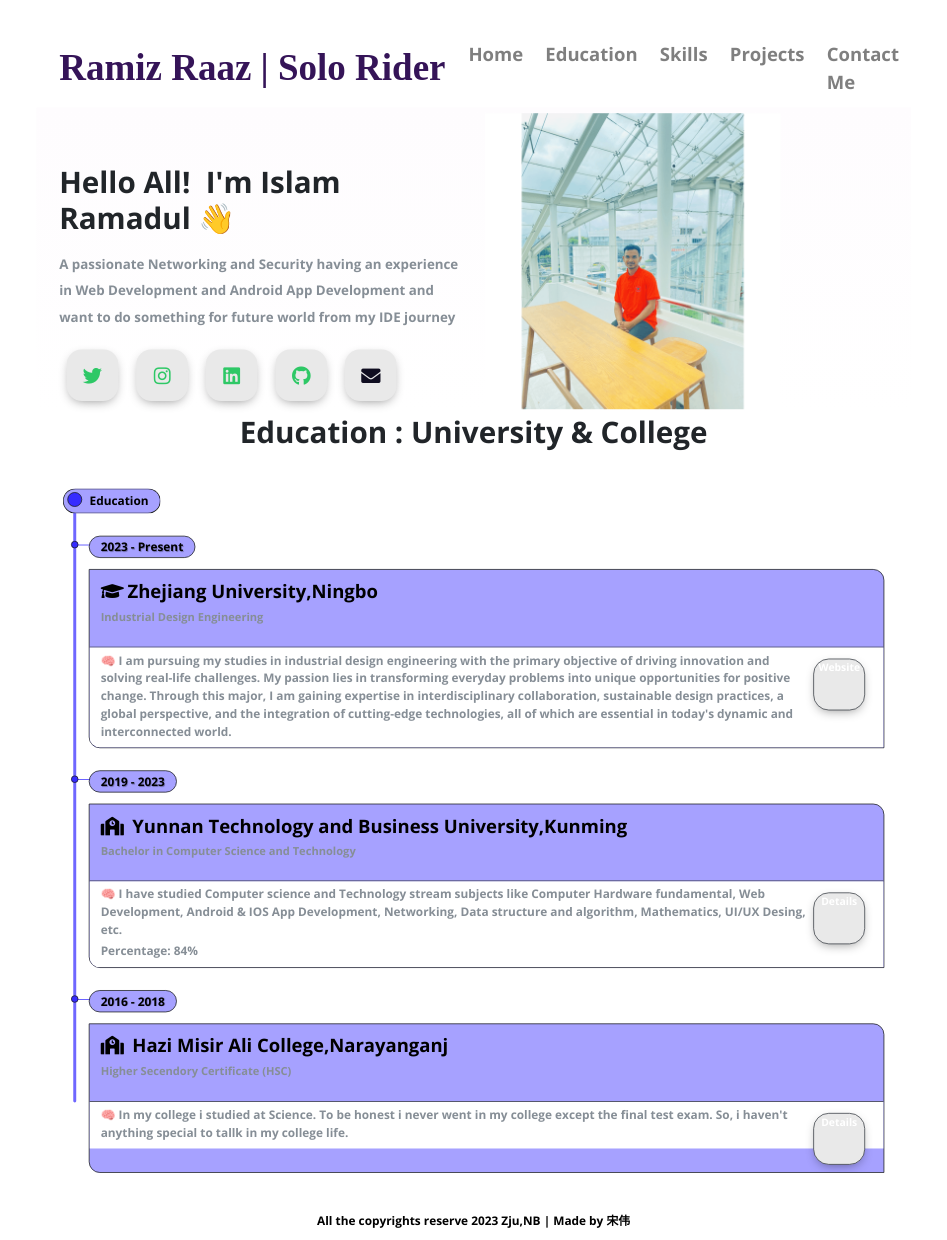
Repository: ramizraaz/ZjuProtfolio
Page: index.html
An editor plug-in stored every save of this project. The page is shown before and after the next save, followed by the edit.
The browser window is 1280 px wide. The pictures show the whole page, at 74% of full size.
Some web fonts or font styles are not loaded; a fallback is used. Some web libraries are served in a nearby version.

Above is the page before, as saved 2023-10-08 17:37:13.

### index.html
<!DOCTYPE html>
<html lang="en" dir="ltr">

<head>
    <meta charset="utf-8">
    <meta name="viewport" content="width=device-width,initial-scale=1">
    <title>宋伟's Profile | Personal website</title>
    <link rel="icon" href="Image/RR.png">
    <link rel="stylesheet" href="https://stackpath.bootstrapcdn.com/bootstrap/4.5.0/css/bootstrap.min.css" integrity="sha384-9aIt2nRpC12Uk9gS9baDl411NQApFmC26EwAOH8WgZl5MYYxFfc+NcPb1dKGj7Sk" crossorigin="anonymous">
    <link rel="stylesheet" href="style.css">
    <link href="https://fonts.googleapis.com/css2?family=Arizonia&family=Montserrat:wght@400;800&display=swap" rel="stylesheet">
    <link href="https://fonts.googleapis.com/css2?family=Open+Sans:wght@700&display=swap" rel="stylesheet">
    <link rel="stylesheet" href="https://use.fontawesome.com/releases/v5.4.1/css/all.css" />
    <link rel="stylesheet" href="https://cdnjs.cloudflare.com/ajax/libs/font-awesome/5.13.1/css/all.min.css">
    <script src="https://code.jquery.com/jquery-3.5.1.slim.min.js" integrity="sha384-DfXdz2htPH0lsSSs5nCTpuj/zy4C+OGpamoFVy38MVBnE+IbbVYUew+OrCXaRkfj" crossorigin="anonymous"></script>
    <script src="https://cdn.jsdelivr.net/npm/popper.js@1.16.0/dist/umd/popper.min.js" integrity="sha384-Q6E9RHvbIyZFJoft+2mJbHaEWldlvI9IOYy5n3zV9zzTtmI3UksdQRVvoxMfooAo" crossorigin="anonymous"></script>
    <script src="https://stackpath.bootstrapcdn.com/bootstrap/4.5.0/js/bootstrap.min.js" integrity="sha384-OgVRvuATP1z7JjHLkuOU7Xw704+h835Lr+6QL9UvYjZE3Ipu6Tp75j7Bh/kR0JKI" crossorigin="anonymous"></script>
</head>

<body class="container-fluid body_section">
    <header>
        <nav class="navbar navbar-expand-lg navbar-light ">
            <a class="navbar-brand brand-name" href="#">Ramiz Raaz | Solo Rider</a>
            <button class="navbar-toggler" type="button" data-toggle="collapse" data-target="#navbarSupportedContent" aria-controls="navbarSupportedContent" aria-expanded="false" aria-label="Toggle navigation">
                  <span class="navbar-toggler-icon"></span>
                </button>
            <div class="collapse navbar-collapse" id="navbarSupportedContent">
                <ul class="navbar-nav ml-auto">
                    <li class="nav-item">
                        <a class="nav-link headerachor" href="index.html">Home</a>
                    </li>

                    <li class="nav-item">
                        <a class="nav-link headerachor" href="">Education</a>
                    </li>
                    <li class="nav-item">
                        <a class="nav-link headerachor" href="">Skills</a>
                    </li>
                    <li class="nav-item">
                        <a class="nav-link headerachor" href="">Projects</a>
                    </li>
                    <li class="nav-item">
                        <a class="nav-link headerachor" href="">Contact Me</a>
                    </li>
                </ul>
        </nav>
    </header>
    <!-- Intro Section -->
    <section id="Home">
        <div class="row column1">
            <div class="col-lg-6 col-md-6 first-image">
                <img class="boyimage" src="img/me.gif" alt="">
            </div>
            <div class="col-lg-6 section-1">
                <h1 class="Hello">Hello All!&nbsp&nbspI'm Islam Ramadul <span class="wave">👋</span></h1>
                <p>A passionate Networking and Security having an experience in Web Development and Android App Development and want to do something for future world from my IDE journey</p>
                <div class=social_media_icon>
                    <a class="btn" href="https://twitter.com/ramiz_raaz" target=_blank>
                        <i class="fab fa-twitter"></i>
                    </a>
                    <a class="btn" href="https://www.instagram.com/ramiz_raaz/" target=_blank>
                        <i class="fab fa-instagram"></i>
                    </a>
                    <a class="btn" href="https://www.linkedin.com/" target=_blank>
                        <i class="fab fa-linkedin" aria-hidden="true"></i>
                    </a>
                    <a class="btn" href="https://github.com/ramizraaz" target=_blank>
                        <i class="fab fa-github"></i>
                    </a>
                    <a class="btn" href="mailto:romiz.romeo.raaz@gmail.com/" target=_blank>
                        <i class="fa fa-envelope"></i>
                    </a>
                </div>
            </div>
    </section>
    <!-- Education Section -->
    <section>
        <div class="container">
            <div class="Heading">
                <h1>Education : University & College</h1>
                <br>
            </div>
            <div class="timeline">
                <div class="timeline-month">
                    Education
                </div>
                <div class="timeline-section">
                    <div class="timeline-date">
                        2023 - Present
                    </div>
                    <div class="row">
                        <div class="col-lg">
                            <div class="timeline-box">
                                <div class="box-title">
                                    <i class="fas fa-graduation-cap" aria-hidden="true"></i>Zhejiang University,Ningbo
                                    <p class="degree">Industrial Design Engineering</p>
                                </div>
                                <div class="box-content">
                                    <a class="btn btn-sm btn-dark float-right" role="button" href="https://www.zju.edu.cn/english/" target=_blank style="color: white;">Website</a>
                                    <div class="box-item">🧠 I am pursuing my studies in industrial design engineering with the primary objective of driving innovation and solving real-life challenges. My passion lies in transforming everyday problems into unique opportunities
                                        for positive change. Through this major, I am gaining expertise in interdisciplinary collaboration, sustainable design practices, a global perspective, and the integration of cutting-edge technologies, all of which
                                        are essential in today's dynamic and interconnected world.</div>
                                </div>
                            </div>
                        </div>
                    </div>
                </div>

                <div class="timeline-section">
                    <div class="timeline-date">
                        2019 - 2023
                    </div>
                    <div class="row">
                        <div class="col-lg">
                            <div class="timeline-box">
                                <div class="box-title">
                                    <i class="fas fa-school" aria-hidden="true"></i> Yunnan Technology and Business University,Kunming
                                    <p class="degree">Bachelor in Computer Science and Technology</p>
                                </div>
                                <div class="box-content">
                                    <a class="btn btn-sm btn-dark float-right" role="button" style="color: white;">Details</a>
                                    <div class="box-item">🧠 I have studied Computer science and Technology stream subjects like Computer Hardware fundamental, Web Development, Android & IOS App Development, Networking, Data structure and algorithm, Mathematics, UI/UX Desing,
                                        etc.
                                    </div>
                                    <div class="box-item"><b>Percentage</b>: 84%</div>

                                </div>
                            </div>
                        </div>
                    </div>
                </div>

                <div class="timeline-section">
                    <div class="timeline-date">
                        2016 - 2018
                    </div>
                    <div class="row">
                        <div class="col-lg">
                            <div class="timeline-box">
                                <div class="box-title">
                                    <i class="fas fa-school" aria-hidden="true"></i> Hazi Misir Ali College,Narayanganj
                                    <p class="degree"> Higher Secendory Certificate (HSC)</p>
                                </div>
                                <div class="box-content">
                                    <a class="btn btn-sm btn-dark float-right" role="button" style="color: white;">Details</a>
                                    <div class="box-item">🧠 In my college i studied at Science. To be honest i never went in my college except the final test exam. So, i haven't anything special to tallk in my college life.</div>
                                    <div class="box-item"><b>

                                </div>
                            </div>
                        </div>
                    </div>
                </div>
            </div>
        </div>
    </section>

    </form>
    <footer class=footer>All the copyrights reserve 2023 Zju,NB | Made by 宋伟</footer>
</body>

</html>

### style.css
body {
    font-family: 'Open Sans', sans-serif;
    margin: 0;
}

.body_section {
    padding: 3% 5% 1%;
}

p {
    font-size: 18px;
}

a {
    text-decoration: none;
}

@font-face {
    font-family: "Lovely Home";
    src: local('Lovely Home'), url("Image/LovelyHome-9aBZ.ttf") format('truetype');
}

.brand-name,
.navbar-light .navbar-brand {
    font-family: "Lovely Home";
    font-size: 50px;
    font-weight: bold;
    color: #075786;
}

.headerachor {
    color: black;
    margin: 0 7px 0 7px;
    border-radius: 20px;
    font-size: 25px;
}

.headerachor:hover {
    background-color: #8c8a8a;
}


/* Section 1 */

.column1 {
    background-image: linear-gradient(#fefcfe, #ffffff);
    padding: 8px 16px;
}

.section-1 {
    margin-top: 6%;
    text-align: left;
    position: relative;
}

span.wave {
    animation-name: wave-animation;
    animation-duration: 2.5s;
    animation-iteration-count: infinite;
    transform-origin: 70% 70%;
    display: inline-block;
}

@keyframes wave-animation {
    0% {
        transform: rotate( 0.0deg)
    }
    10% {
        transform: rotate(-10.0deg)
    }
    20% {
        transform: rotate( 12.0deg)
    }
    30% {
        transform: rotate(-10.0deg)
    }
    40% {
        transform: rotate( 9.0deg)
    }
    50% {
        transform: rotate( 0.0deg)
    }
    100% {
        transform: rotate( 0.0deg)
    }
}

.first-image {
    position: absolute;
    right: 0;
}

.boyimage {
    height: 400px;
}

@media only screen and (max-width: 1183px) {
    .first-image {
        right: 160px;
    }
}

.boy {
    width: 100%;
    height: 100%;
    animation: bounce 1.2s;
    animation-direction: alternate;
    animation-iteration-count: infinite;
}

@keyframes bounce {
    from {
        transform: translate3d(0, 0, 0);
    }
    to {
        transform: translate3d(0, 20px, 0);
    }
}

.Image-boy {
    text-align: center;
    align-items: center;
}

@media only screen and (min-width:951px) {
    .Image-boy {
        display: none;
    }
}

.Hello {
    margin-bottom: 20px;
}

p {
    line-height: 2;
    color: #868e96;
}

.btn {
    display: inline-block;
    width: 4.37rem;
    height: 4.37rem;
    background: #e9e9e9;
    padding: 0px 0px;
    margin: 10px;
    border-radius: 30%;
    box-shadow: 0 5px 15px -5px #00000070;
    color: #0f0d20;
    overflow: hidden;
    position: relative;
}

.btn i {
    line-height: 70px;
    font-size: 1.625rem;
    transition: 0.2s linear;
}

.btn:hover i {
    transform: scale(1.3);
    color: #f1f1f1;
}

.btn::before {
    content: "";
    position: absolute;
    width: 120%;
    height: 120%;
    background: #46088d;
    transform: rotate(45deg);
    left: -110%;
    top: 90%;
}

.btn:hover::before {
    animation: aaa 0.7s 1;
    top: -10%;
    left: -10%;
}

@media only screen and (max-width:470px) {
    .btn {
        width: 2.5rem;
        height: 2.5rem;
        margin: 7px;
    }
    .btn i {
        line-height: 40px;
        font-size: 1em;
    }
}


/* Education CSS */

body {
    font-family: 'Open Sans', sans-serif;
    font-weight: 700;
    margin: 0;
}

.body_section {
    padding: 3% 5% 1%;
}

a {
    text-decoration: none;
}

@font-face {
    font-family: "Lovely Home";
    src: local('Lovely Home'), url("Image/LovelyHome-9aBZ.ttf") format('truetype');
}

.brand-name,
.navbar-light .navbar-brand {
    /* font-family: "Brush Script MT"; */
    /* margin-bottom: 3px; */
    font-family: "Lovely Home";
    font-size: 50px;
    font-weight: bold;
    color: #351458;
}

@media only screen and (max-width: 764px) {
    .brand-name,
    .navbar-light .navbar-brand {
        font-family: "Lovely Home";
        font-size: 40px;
        font-weight: bold;
        color: #351458;
    }
}

.headerachor {
    color: black;
    margin: 0 7px 0 7px;
    font-size: 25px;
}

.headerachor:hover {
    background-color: #f1f1f1;
}

#Section1 {
    padding: 7% 0 3%;
}

.Programming {
    width: 100%;
    height: 100%;
}

.Coding {
    padding-top: 3%;
    text-align: center;
}

.competitive_icon li {
    margin: 0 2% 0;
    list-style: none;
    display: inline;
}

.fab {
    color: #2ec866;
}

.fab:hover {
    color: black;
}

.iconify {
    color: gray;
    margin-bottom: 40px;
}

.iconify:hover {
    color: black;
}

.Heading {
    text-align: center;
}

.timeline {
    margin-top: 20px;
    position: relative;
}

.timeline:before {
    position: absolute;
    content: '';
    width: 4px;
    height: calc(100% - 100px);
    background: #6F67FF;
    left: 14px;
    top: 5px;
    border-radius: 4px;
}

.timeline-month {
    color: black;
    position: relative;
    padding: 4px 15px 4px 35px;
    background-color: #a6a1ff;
    display: inline-block;
    width: auto;
    border-radius: 40px;
    border: 1px solid #17191B;
    border-right-color: black;
    margin-bottom: 30px;
}

.timeline-month span {
    position: absolute;
    top: -1px;
    left: calc(100% - 100px);
    z-index: -1;
    white-space: nowrap;
    display: inline-block;
    background-color: #111;
    padding: 4px 10px 4px 20px;
    border-top-right-radius: 40px;
    border-bottom-right-radius: 40px;
    border: 1px solid black;
    box-sizing: border-box;
}

.timeline-month:before {
    position: absolute;
    content: '';
    width: 20px;
    height: 20px;
    background: #362CFF;
    border-radius: 100%;
    border: 1px solid #17191B;
    left: 5px;
}

.timeline-section {
    padding-left: 35px;
    display: block;
    position: relative;
    margin-bottom: 30px;
}

.timeline-date {
    margin-bottom: 15px;
    padding: 2px 15px;
    background: #a6a1ff;
    position: relative;
    display: inline-block;
    border-radius: 20px;
    border: 1px solid #17191B;
    color: black;
    text-shadow: 1px 1px 1px rgba(0, 0, 0, 0.3);
}

.timeline-section:before {
    content: '';
    position: absolute;
    width: 30px;
    height: 1px;
    background-color: #362CFF;
    top: 12px;
    left: 20px;
}

.timeline-section:after {
    content: '';
    position: absolute;
    width: 10px;
    height: 10px;
    background: #362CFF;
    top: 7px;
    left: 11px;
    border: 1px solid #17191B;
    border-radius: 100%;
}

.timeline-box {
    position: relative;
    color: black;
    background-color: #a6a1ff;
    border-radius: 15px;
    border-top-left-radius: 0px;
    border-bottom-right-radius: 0px;
    border: 1px solid #17191B;
    transition: all 0.3s ease;
    overflow: hidden;
}

.box-icon {
    position: absolute;
    right: 5px;
    top: 0px;
}

.box-title {
    padding: 10px 15px;
    font-size: 25px;
    border-bottom: 1px solid #17191B;
}

.degree {
    font-size: 15px;
}

.box-title i {
    margin-right: 5px;
}

.box-content {
    padding: 5px 15px;
    background-color: white;
}

.box-item {
    margin-bottom: 5px;
    color: #868e96;
    font-weight: 400;
}

.certificate {
    padding-top: 20px;
}

.certificate-text {
    text-align: center;
}

.box-shadow {
    box-shadow: 5px 5px 5px #d9dbdf;
}

.jc {
    background-color: white;
    border: 2px solid black;
    color: rgb(12, 12, 12);
    padding: 10px 49px;
    text-align: center;
    display: inline-block;
    font-size: 13px;
    margin: 5px 90%;
    cursor: pointer;
    width: fit-content;
}

footer {
    padding-top: 2%;
    color: #000000;
    text-align: center;
}

After the next save:
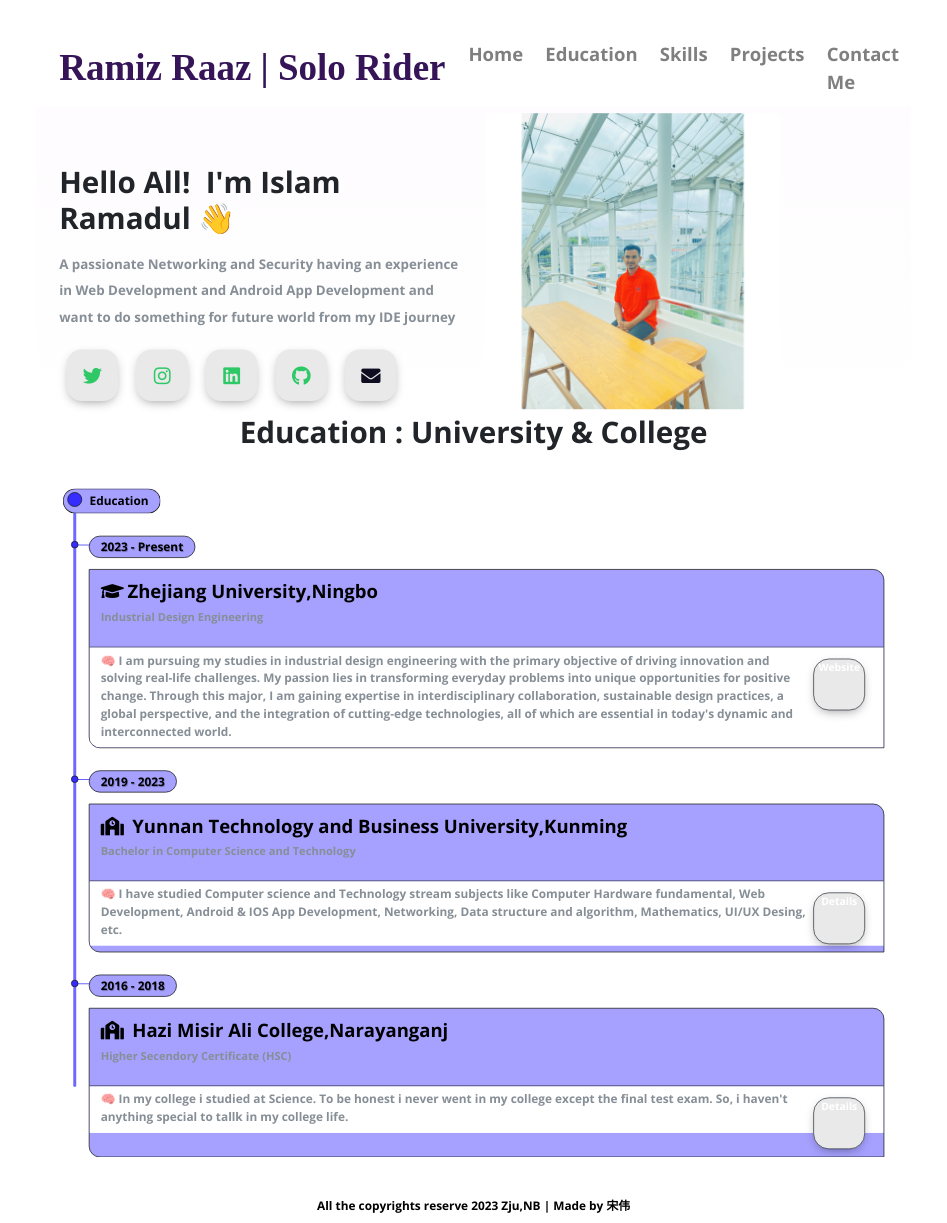
Saved 11 s later.
--- a/index.html
+++ b/index.html
@@ -122,7 +122,6 @@
                                     <div class="box-item">🧠 I have studied Computer science and Technology stream subjects like Computer Hardware fundamental, Web Development, Android & IOS App Development, Networking, Data structure and algorithm, Mathematics, UI/UX Desing,
                                         etc.
                                     </div>
-                                    <div class="box-item"><b>Percentage</b>: 84%</div>
 
                                 </div>
                             </div>
